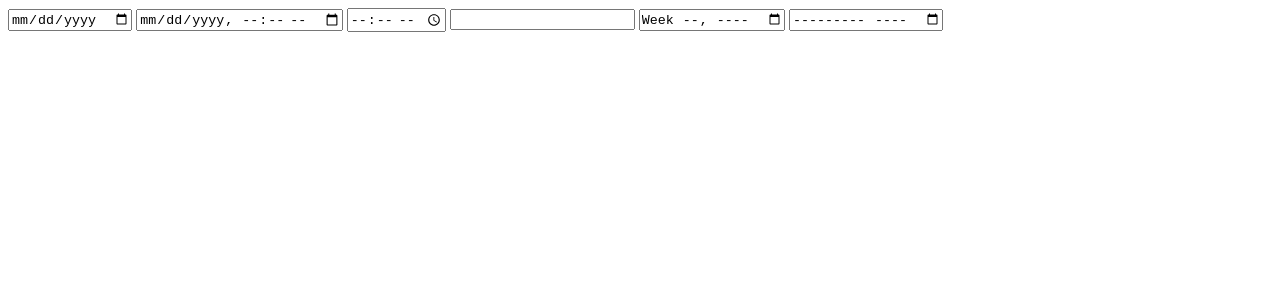
Repository: WKYQAQ/LX
Page: day03_form2.html
An editor plug-in stored every save of this project. The page is shown before and after the next save, followed by the edit.
The browser window is 1280 px wide. The pictures show the whole page.

Above is the page before, as saved 2020-07-23 10:01:21.

### day03_form2.html
<!DOCTYPE html>
<html lang="en">
<head>
    <meta charset="UTF-8">
    <meta name="viewport" content="width=device-width, initial-scale=1.0">
    <title>Document</title>
</head>
<body>
    <!--日期控件-->
    <input type="date"/>
    <input type="datetime-local"/>
    <input type="time"/>
    <input type="datetime"/>
    <input type="week"/>
    <input type="month"/>
</body>
</html>

After the next save:
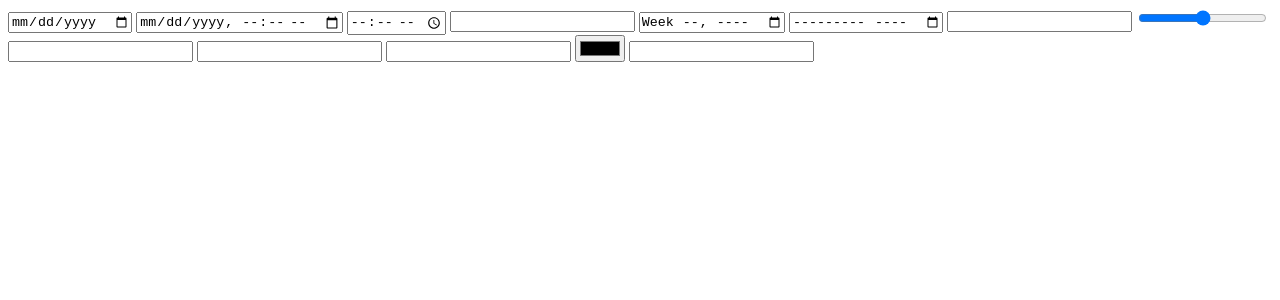
Saved 7 min 9 s later.
--- a/day03_form2.html
+++ b/day03_form2.html
@@ -13,5 +13,13 @@
     <input type="datetime"/>
     <input type="week"/>
     <input type="month"/>
+    <!--其他控件-->
+    <input type="number"/>
+    <input type="range"/>
+    <input type="search"/>
+    <input type="tel"/>
+    <input type="url"/>
+    <input type="color"/>
+    <input type="email"/>
 </body>
 </html>
